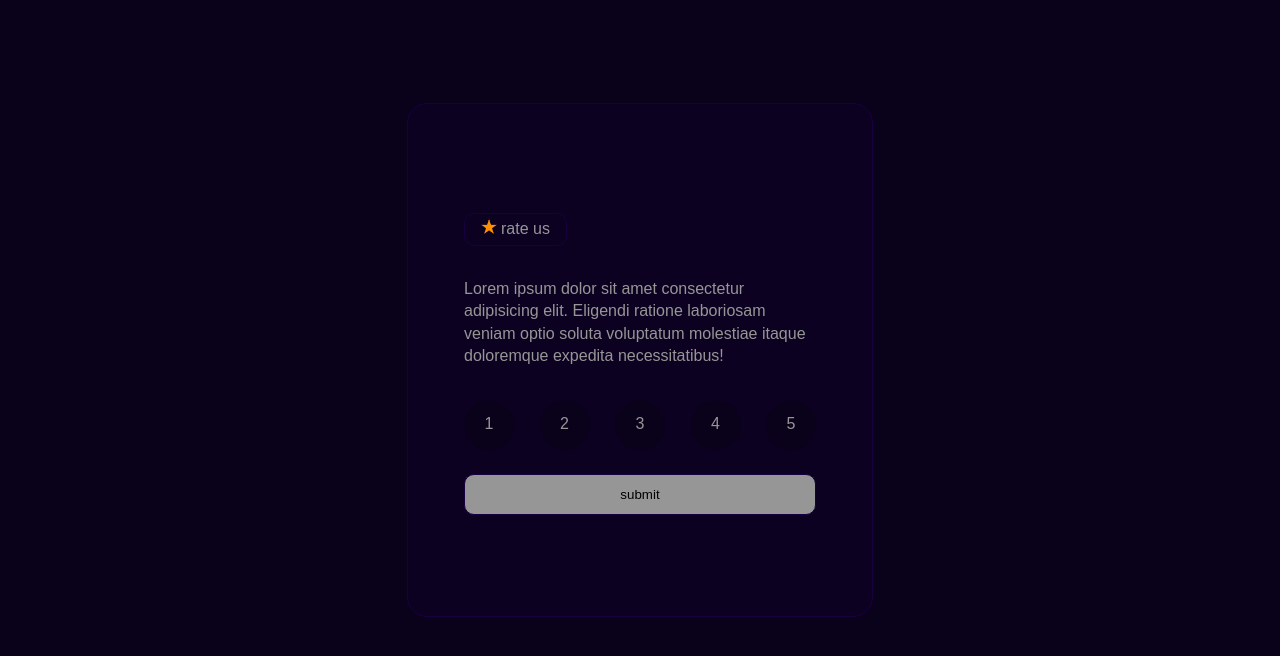
Repository: russel-success/xcodepp-TASK-2
Page: index.html
These files come from the project's save history. The page is drawn as it stood at one moment and after a run of saves; the edit follows.
The browser window is 1280 px wide. The pictures show the whole page.

Above is the page before, as saved 2024-05-25 10:05:01.

After the next 2 saves:
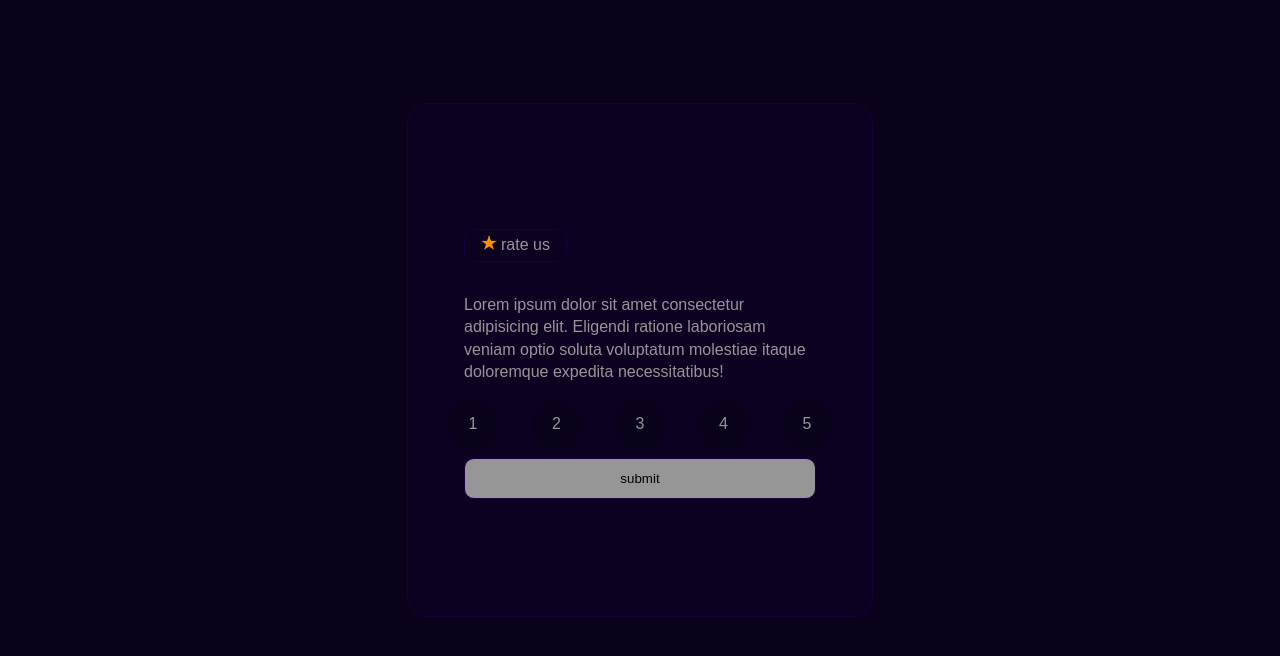
The 2 saves are shown as one change because they came seconds apart.
The last was saved 30 s later.
--- a/styles/styles.css
+++ b/styles/styles.css
@@ -61,6 +61,7 @@
     justify-content:space-between;
     align-items: center;
     width:auto;
+    min-width:
     /* border:1px solid white; */
     padding:16px;
 }

After the save that followed:
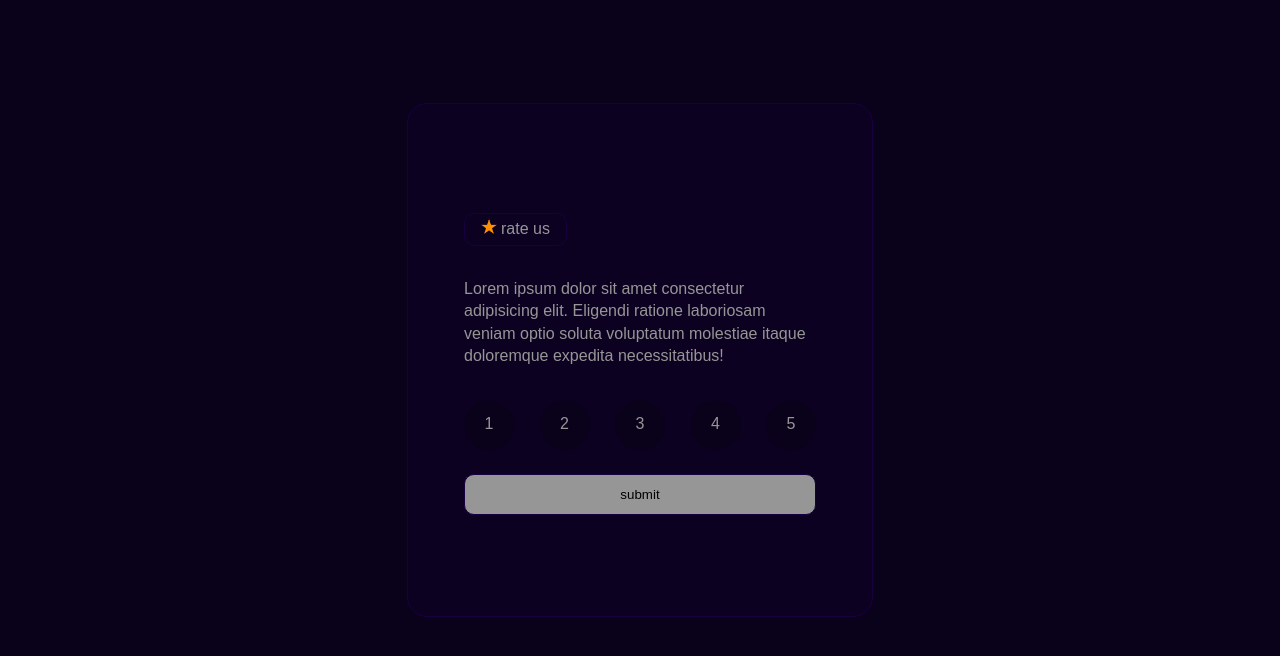
Saved 9 s later.
--- a/styles/styles.css
+++ b/styles/styles.css
@@ -61,7 +61,7 @@
     justify-content:space-between;
     align-items: center;
     width:auto;
-    min-width:
+    min-width:60%;
     /* border:1px solid white; */
     padding:16px;
 }
